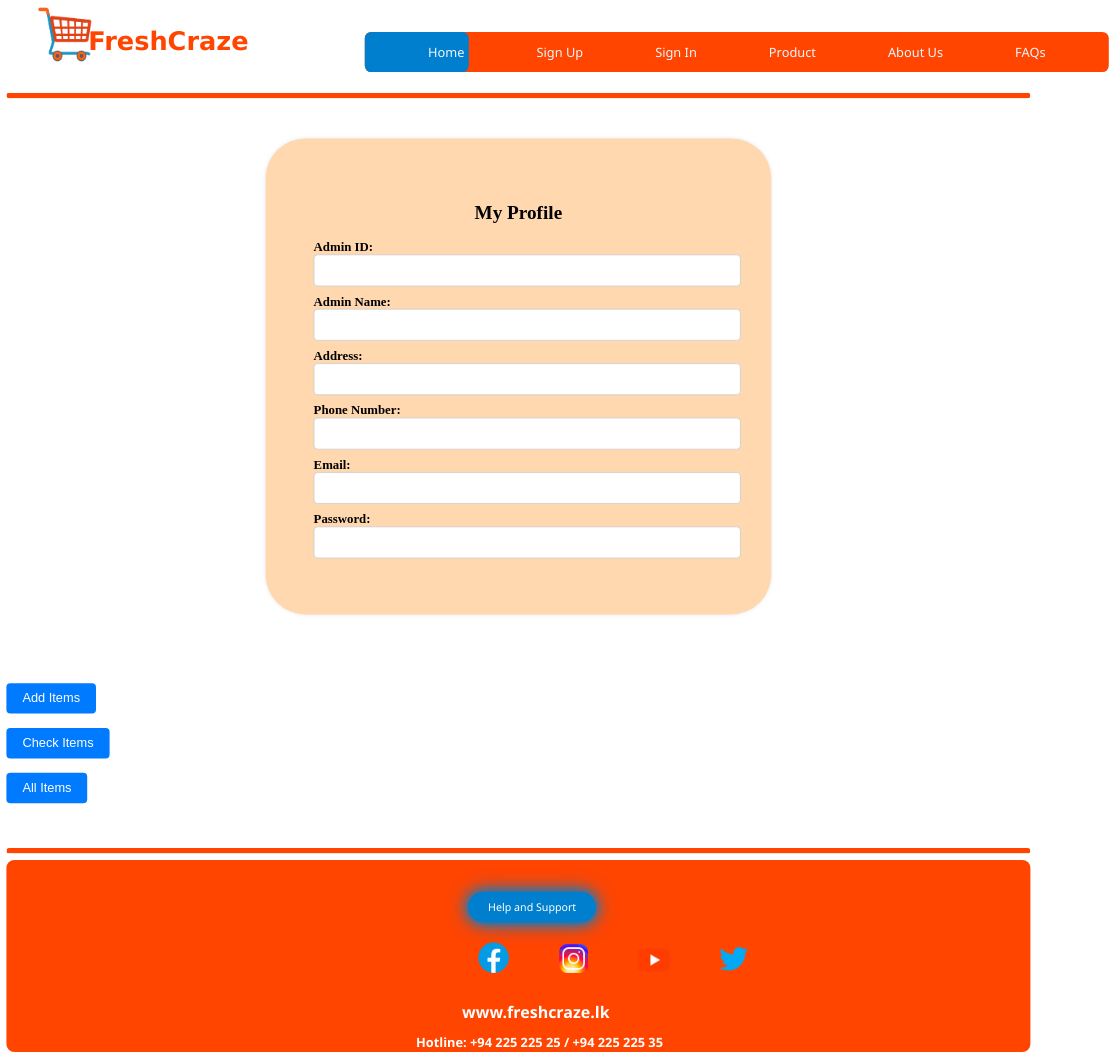
Repository: shanika2002/FreshCraze
Page: http://localhost/itemDem/profile.jsp
An editor plug-in stored every save of this project. The page is shown before and after the next save, followed by the edit.
The browser window is 1280 px wide. The page is 1386 px wide, so the pictures cover 1386 px, including what lies to the right of the window. The pictures show the whole page, at 80% of full size.
The page is served by Tomcat 9. Other server files are loaded and not shown. The template is opened directly, without the code that normally fills it, so the values that code supplies are empty.

Above is the page before, as saved 2024-05-11 08:27:12.

### itemDem/src/main/webapp/profile.jsp
<%@ page language="java" contentType="text/html; charset=ISO-8859-1"
	pageEncoding="ISO-8859-1"%>

<%@ taglib uri="http://java.sun.com/jsp/jstl/core" prefix="c"%>

<!DOCTYPE html>
<html>
<head>
<link rel="stylesheet" href="css/adminprofile.css">
<meta charset="ISO-8859-1">
<title>Insert title here</title>
</head>
<body>

	<img src="images\logo.png" class="logo">

	<h1 class="logo_topic">FreshCraze</h1>

	<nav class="navbar">
		<a href="index.jsp">Home</a> <a href="register.jsp">Sign Up</a> <a href="mainLogin.jsp">Sign
			In</a> <a href="addItem.jsp">Product</a> <a href="link">About Us</a> <a
			href="link">FAQs</a> <span></span>
	</nav>

	<hr class="topic_line">

<div class="container">
	<h2>My Profile</h2>

	<c:set var="ad" value="${admin}" />
	<div class="form-group">
		<label for="supplierid">Admin ID:</label> <input type="text"
			id="adminid" name="adminid" required value="${ad.id }">
	</div>
	<div class="form-group">
		<label for="suppliername">Admin Name:</label> <input type="text"
			id="adminname" name="adminname" required value="${ad.name }">
	</div>
	<div class="form-group">
		<label for="address">Address:</label> <input type="text" id="address"
			name="address" required value="${ad.address }">
	</div>
	<div class="form-group">
		<label for="phonenumber">Phone Number:</label> <input type="tel"
			id="phonenumber" name="phonenumber" pattern="[0-9]{10}" required
			value="${ad.phoneNumber }">
	</div>
	<div class="form-group">
		<label for="email">Email:</label> <input type="email" id="email"
			name="email" required value="${ad.email }">
	</div>
	<div class="form-group">
		<label for="password">Password:</label> <input type="password"
			id="text" name="password" required value="${ad.password }">
	</div>
</div>
	<br><br>

	<form action="addItem.jsp" method="post">
		<button type="submit">Add Items</button><br><br>
	</form>

	<form action="checkItem.jsp" method="post">
		<button type="submit">Check Items</button><br><br>
	</form>

	<form action="adminItem" method="post">
		<button type="submit">All Items</button><br><br>
	</form>

	<hr class="footer_line">

	<div class="footer">
		<a href="link" target="_blank">
			<button type="button" class="help_button">Help and Support</button>
		</a>

		<div class="fb_icon">
			<a href="https://www.facebook.com/" target="_blank"><img
				src="images/facebook.png"></a>
		</div>

		<div class="insta_icon">
			<a href="https://www.instagram.com/" target="_blank"><img
				src="images/insta.png"></a>
		</div>

		<div class="twitt_icon">
			<a href="https://www.twitter.com/" target="_blank"><img
				src="images/Twitter.png"></a>
		</div>

		<div class="yt_icon">
			<a href="https://www.youtube.com/" target="_blank"><img
				src="images/yt.png"></a>
		</div>
	</div>

	<div class="contacts">
		<h1 class="link">www.freshcraze.lk</h1>
		<h1>Hotline: +94 225 225 25 / +94 225 225 35</h1>
	</div>

</body>
</html>

### itemDem/src/main/webapp/css/adminprofile.css
@charset "ISO-8859-1";

body{
    background-color: #ffffff;
    background-repeat: no-repeat;
    background-attachment: fixed;
    background-position: center;
    width: 100%;
}

.logo{
    width: 70px;
    height: 70px;
    margin-left: 3%;
}

.logo_topic{
    font-family: verdana;
    margin-left: 8%;
    margin-top: -3.9%;
    color: orangered;
}

.navbar{
    margin-left:35%;
    margin-top:-4%;
    padding: 0;
    box-sizing: border-box;
    font-family: 'Segoe UI';
    display: flex;
    justify-content:center;
    align-items: center;
    min-height: 5vh;

    position:relative;
    background-color: orangered;
    border-radius: 8px;
    width: 930px;
    height: 50px;
    display: flex;
}

nav a{
    position: relative;
    display: inline-block;
    font-size: 1em;
    font-weight: 500;
    color: aliceblue;
    text-decoration: none;
    padding: 45px;
    z-index: 1;
}

nav span{
    position: absolute;
    top: 0;
    left: 0;
    width: 130px;
    height: 100%;
    background-color:rgb(0, 127, 206);
    border-radius: 8px;
    transition: .3s;
}

nav a:nth-child(1):hover~span{
    left: 0;
    width: 400;
}

nav a:nth-child(2):hover~span{
    left: 170px;
    width: 110px;
}

nav a:nth-child(3):hover~span{
    left:300px;
    width: 110px;
}

nav a:nth-child(4):hover~span{
    left: 450px;
    width: 150px;
}

nav a:nth-child(5):hover~span{
    left: 650px;
    width: 110px;
}

nav a:nth-child(6):hover~span{
    left: 805px;
    width: 125px;
}



.topic_line{
    border: none;
    margin-top: 2%;
    border-top: 7px solid orangered;
    border-radius: 10px;
}

.help_button{
    box-shadow:0 0 15px rgb(0, 127, 206),0 0 25px rgb(0, 127, 206);
    border: none;
    width: 160px;
    margin-left: 44%;
    font-family: 'Segoe UI';
    padding: 10px 12px;
    color: #ffffff;
    background-color:rgb(0, 127, 206);
    border-radius: 20px;
}

.help_button:hover{
    box-shadow: 0 0 25px rgb(0, 127, 206);
}

.fb_icon{
    margin-left: 560px;
    margin-top: 20px;
}

.insta_icon{
    margin-left: 660px;
    margin-top: -51px;
}

.yt_icon{
    margin-left: 760px;
    margin-top: -51px;
}

.twitt_icon{
    margin-left: 860px;
    margin-top: -51px;
}

.container {
    width: 40%;
    margin: 50px auto;
    background-color: #ffd8b0;
    padding: 60px;
    border-radius: 50px;
    box-shadow: 0 0 5px rgba(0, 0, 0, 0.1);
  }

  h2 {
    text-align: center;
  }

  form {
    width: 100%;
  }

  .form-group {
    margin-bottom: 10px;
  }

  .form-group label {
    display: block;
    font-weight: bold;
  }

  .form-group input[type="text"],
  .form-group input[type="email"],
  .form-group input[type="tel"],
  .form-group input[type="password"]{
    width: 100%;
    padding: 10px;
    border: 1px solid #ccc;
    border-radius: 5px;
    font-size: 16px;
  }


.button-container {
    display: flex;
    flex-direction: column;
}

form {
    margin-right: 10px;
}

button[type="submit"] {
    background-color: #007bff;
    color: #fff;
    padding: 10px 20px;
    border: none;
    border-radius: 5px;
    cursor: pointer;
    font-size: 16px;
}

button[type="submit"]:hover {
    background-color: #0056b3;
}

.footer{
    height: 200px;
    background-color: orangered;
    padding-top: 40px;
    padding-left: 25px;
    border-radius: 10px;
}

.footer_line{
    border: none;
    margin-top: 3%;
    border-top: 7px solid orangered;
    border-radius: 10px;
}

.contacts{
    font-size: 8px;
    color:rgb(255, 255, 255);
    font-family: 'Segoe UI';
    margin-left: 40%;
    margin-top: -5%;
}

.link{
    font-size: 20px ;
    margin-top: -6%;
    margin-left: 7.5%;
}

After the next save:
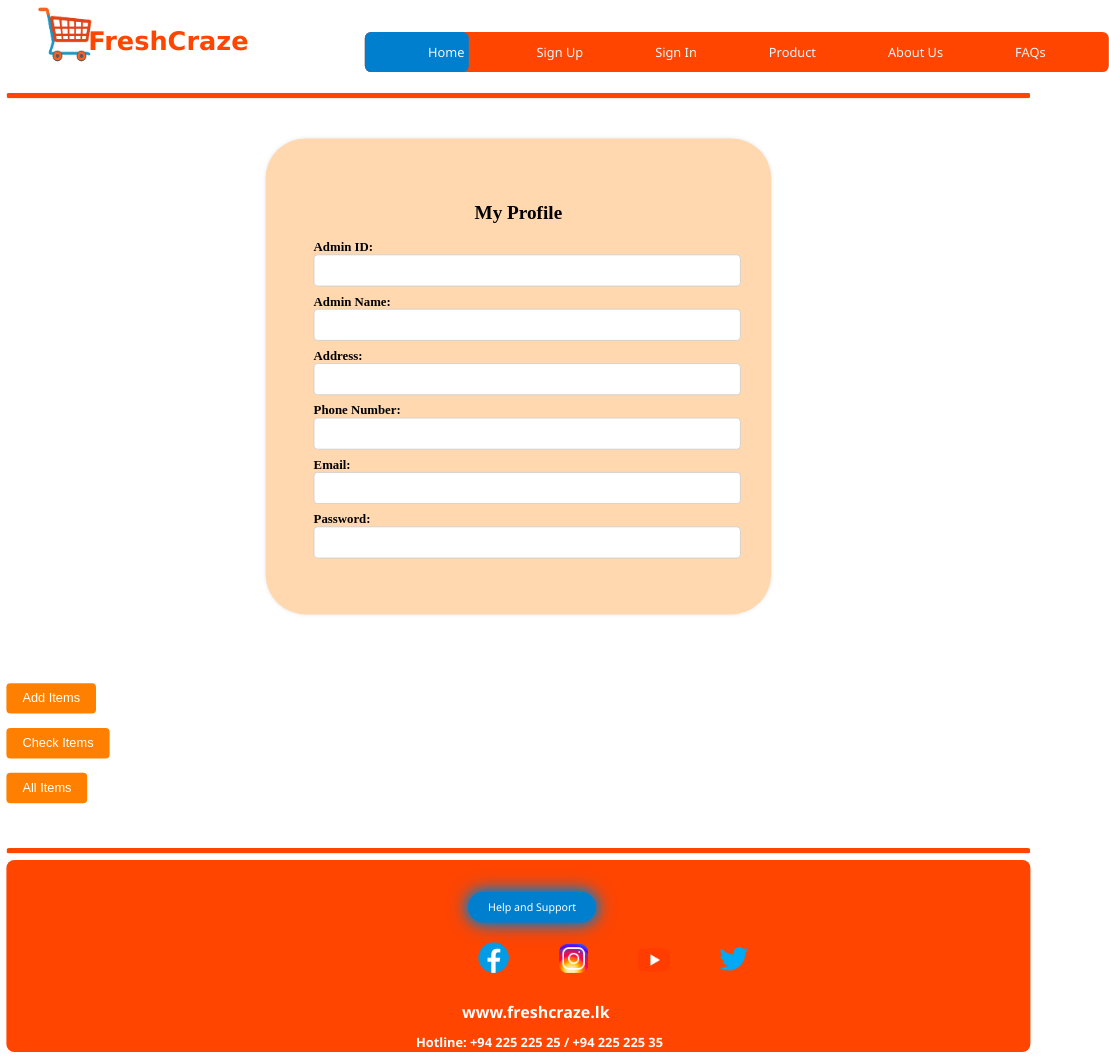
Saved 78 s later.
--- a/itemDem/src/main/webapp/css/adminprofile.css
+++ b/itemDem/src/main/webapp/css/adminprofile.css
@@ -177,7 +177,7 @@ nav a:nth-child(6):hover~span{
 
 .button-container {
     display: flex;
-    flex-direction: column;
+    flex-direction: row;
 }
 
 form {
@@ -185,7 +185,7 @@ form {
 }
 
 button[type="submit"] {
-    background-color: #007bff;
+    background-color: #ff8000;
     color: #fff;
     padding: 10px 20px;
     border: none;
